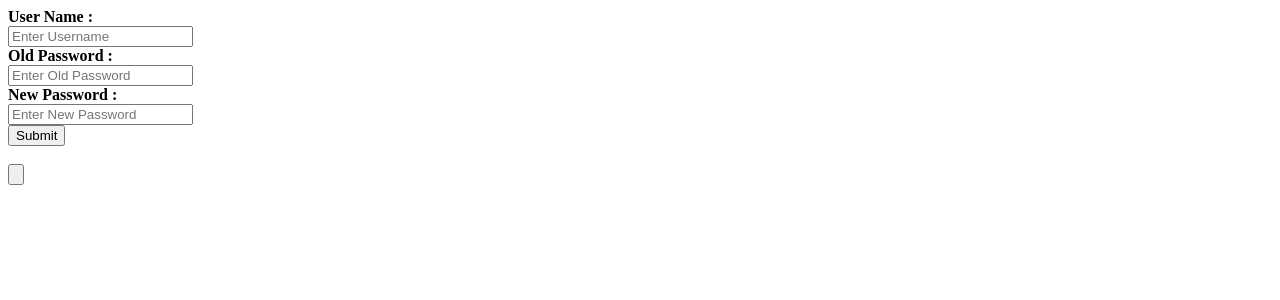
Repository: Shivani2392/FlyAwayProject
Page: http://localhost/FlightBookingPortal/ResetPassword.jsp
The author's editor kept a copy of each file at every save. The page is drawn from the files as they stood at one save, then again after the next save.
The browser window is 1280 px wide. The pictures show the whole page.
The page is served by Tomcat 9.

Above is the page before, as saved 2020-11-22 13:08:11.

After the next save:
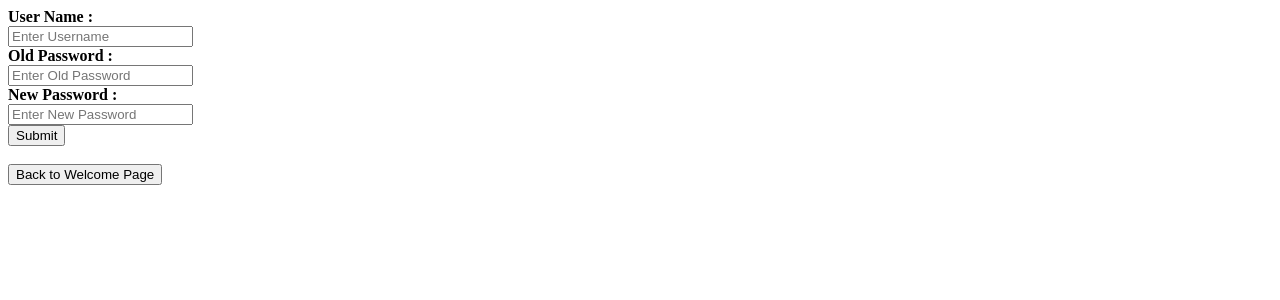
Saved 35 s later.
--- a/FlightBookingPortal/src/main/webapp/ResetPassword.jsp
+++ b/FlightBookingPortal/src/main/webapp/ResetPassword.jsp
@@ -27,7 +27,7 @@ function backFunction() {
       <input type="submit"/>
 </form>
    <br>
-   <input type="button" name="Back to Welcome Page" onclick="backFunction()"></input>
+   <input type="button" value="Back to Welcome Page" onclick="backFunction()"></input>
 
 
 </form>
